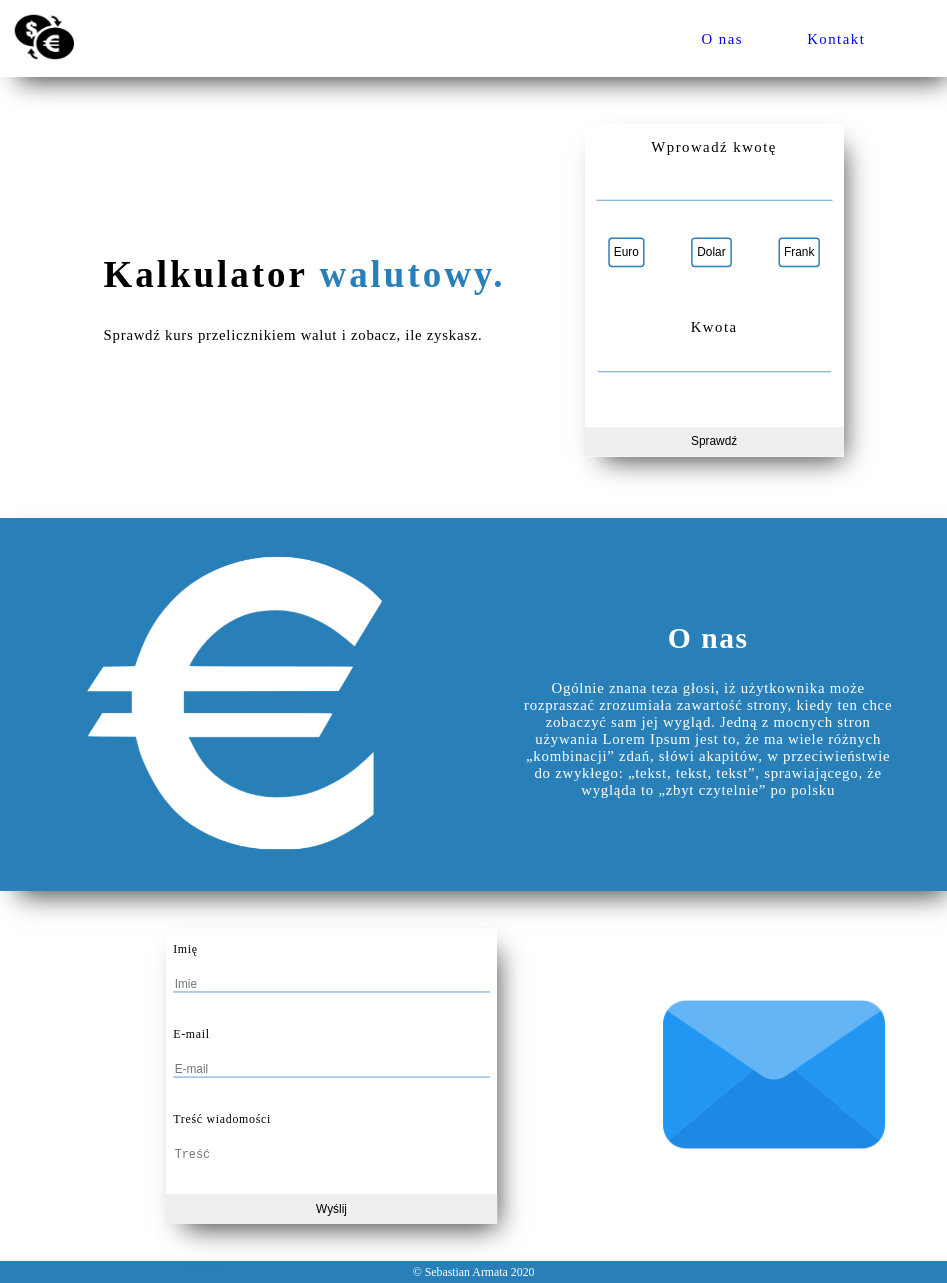
Repository: SebastianArmata22/Kalkulator-walut
Page: index.html
The author's editor kept a copy of each file at every save. The page is drawn from the files as they stood at one save, then again after the next save.
The browser window is 1280 px wide. The pictures show the whole page, at 74% of full size.

Above is the page before, as saved 2020-10-24 19:31:24.

### index.html
<!DOCTYPE html>

<html>
    <head>
        <meta charset="utf-8">
        <meta http-equiv="X-UA-Compatible" content="IE=edge">
        <title>Kalkulator walut</title>
        <meta name="description" content="">
        <meta name="viewport" content="width=device-width, initial-scale=1">
        <link rel="stylesheet" href="style.css">
    </head>
    <body>

    <div class="container">
        <nav>
        <div class="menu-container">
            <div class="logo">
                <a href="#"><img src="./photos/logo.png"></a>
            </div>
            <div class="menu">
                <ul>
                    <li><a href="#about-us">O nas</a></li>
                    <li><a href="#contact">Kontakt</a></li>
                </ul>
            </div>
        </div>
        </nav>
        <section>
        <div class="main-content">
            <div class="calculator-content">
            <div class="text">
                <h1>Kalkulator <span>walutowy.</span></h1>
                <p>Sprawdź kurs przelicznikiem walut i zobacz, ile zyskasz.</p>
            </div>
            <div class="calculator ">
                <label for="inputNumber" class="text-label">Wprowadź kwotę</label><br>
                <input type="text" id="inputNumber">
                    <div class="inp-div">
                        <button id="euro">Euro</button>
                        <button id="euro">Dolar</button>
                        <button id="euro">Frank</button>
                    </div>
                <label for="outputNumber" class="text-label"> Kwota</label><br>
                <div id="outputNumber"></div>
                <button id="check">Sprawdź</button>
            </div>
        </div>
        <div class="about-us" id="about-us">
            <div class="photo-euro">
                <img src="./photos/euro-512.png">
            </div>
            <div class="abous-us-contact">
                <h1>O  nas</h1>
                <p>Ogólnie  znana  teza  głosi,  iż  użytkownika  może  rozpraszać  zrozumiała
                    zawartość  strony, kiedy ten chce zobaczyć sam jej wygląd.
                    Jedną z mocnych stron używania Lorem Ipsum jest to, że ma wiele różnych
                     „kombinacji” zdań, słówi akapitów, w przeciwieństwie do zwykłego: „tekst,
                        tekst,   tekst”,   sprawiającego,   że   wygląda   to   „zbyt   czytelnie”
                           po   polsku</p>
            </div>
        </div>
        </section>
        <div class="contact" id="contact">
            <div class="contact-form-container">
            <form class="contact-form">
                <label for="">Imię</label><br />
                <input class="name" type="text" placeholder="Imie"><br />
                <label for="">E-mail</label><br />
                <input class="email" type="email" placeholder="E-mail"><br />
                <label for="">Treść wiadomości</label><br />
                <textarea class="text-area"  placeholder="Treść"></textarea>
                <button class="">Wyślij</button>

            </form>
        </div>
            <div class="contact-img">
                <img src="./photos/email.png">
            </div>
        </div>
    </div>
    <footer>
        <div class="footer">
            <p>© Sebastian Armata 2020</p>
        </div>
    </footer>
    </div>
        <script src="script.js" ></script>
    </body>
</html>

### style.css
body{
    margin: 0;
    padding: 0;
    box-sizing: border-box;
}
.container{
width: 100%;
}
.menu-container{
    position: relative;
    display: flex;
    align-items: center;
    box-shadow: 12px 18px 35px -13px rgba(0,0,0,0.75);
}
.logo img{
    position: relative;
    top: 0;
    left: 0;
    height: 60px;
    width: 80px;
    padding: 20px;
}
.menu{

    position: absolute;
    right: 0;
   margin-right: 50px;
}
.menu ul li{
    display: inline-flex;
    justify-content: space-around;
}
.menu ul li a{
    display: flex;
    text-decoration: none;
    height: 50px;
    width: 100px;
    justify-content: center;
    align-items: center;
    font-size: 20px;
    letter-spacing: 2px;
    margin-right: 50px;
}

.menu ul li a:hover{
    border-bottom: 5px solid #2980b9;
    margin-bottom: -5px;
    transition: all 0.3s ease-out;

}
.main-content{
    display: flex;
    align-items: center;
    justify-content: center;
    flex-wrap: wrap;
}
.calculator-content{
    min-width: 1000px;
    height: 80vh;
    display: flex;
    align-items: center;
    justify-content:space-between;
}
.calculator{
    display: flex;
    flex-direction: column;
    box-shadow: 12px 18px 35px -13px rgba(0,0,0,0.75);
    height: 450px;
    width: 350px;
    text-align: center;
}
.text h1{
    font-size: 50px;
    letter-spacing: 4px;
}
.text p{
    font-size: 20px;
    letter-spacing: 1px;

}
#outputNumber{
    width: 90%;
    height: 30px;
    border-bottom: 1px solid #2980b9;
    margin: auto;
    margin-top: 0;

}
.calculator button{
    height: 40px;
    border-style: none;
    font-size: 16px;
}
.calculator button:hover{
    background-color: #2980b9;
    color: white;
    transition: all 0.3s ease-out;
}
.inp-div button{
    border: 2px solid #2980b9;
    background-color: white;
    border-radius: 5px;
}
.calculator input[type=text]{
    border-style: none;
    height: 40px;
    border-bottom: 1px solid #2980b9;
    width: 90%;
    margin: auto;
    margin-top: 0px;
    margin-bottom: 50px;
}
.text-label{
    margin-top: 20px;
    font-size: 20px;
    letter-spacing: 2px;
}

.inp-div{
    display: flex;
    flex-direction: row;
    align-items: center;
    justify-content: space-around;

}

.inp-div button{
margin-bottom: 50px;
}
.text span{
    color: #2980b9;
}
.about-us{
    display: flex;
    justify-content: space-around;
    align-items: center;
    margin-top: 20px;
    text-align: center;
    background-color: #2980b9;
    box-shadow: 12px 18px 35px -13px rgba(0,0,0,0.75);
}
.about-us img{
    height: 400px;
}
.abous-us-contact{
    width: 40%;
}
.abous-us-contact h1{
    letter-spacing: 2px;
    font-size: 40px;
    color: white;
}
.abous-us-contact p{
    font-size: 20px;
    letter-spacing: 1px;
    color: white;

}
.photo-euro{
    padding: 50px;
}
.contact{
    display: flex;
    align-items: center;
    justify-content: space-s;
    margin: 50px 0 50px 0;
}
.contact-form{
    display: flex;
    flex-direction: column;
    box-shadow: 12px 18px 35px -13px rgba(0,0,0,0.75);
    width: 50%;
    height: 400px;
    position: relative;
    text-align: left;
    letter-spacing: 1px;

}
.contact-form input {
    margin: 10px;
    border-style: none;
    border-bottom: 1px solid #2980b9;
    font-size: 16px;

}
.contact-form textarea
{
    margin: 10px;
    height: 100px;
    border-style: none;
    border-bottom: 1px solid #2980b9;
    font-size: 16px;
}
.contact-form label {
    margin: 20px 0 0 10px;
}
.contact-form button{
position: absolute;
bottom: 0;
width: 100%;
height: 40px;
border-style: none;
font-size: 16px;
}
.contact-form button:hover{
    background-color: #2980b9;
    color: white;
    transition: all 0.3s ease-out;
}

.contact-form-container{
    width: 70%;
    display: flex;
    align-items: center;
    justify-content: center;
}
.contact-img img{
max-width: 300px;

}
.footer{
    display: flex;
    align-items: center;
    justify-content: center;
    background-color: #2980b9;
    color: white;
    height: 30px;
}

Loaded but not shown: script.js (no copy from this time; the picture is the same without it)

After the next save:
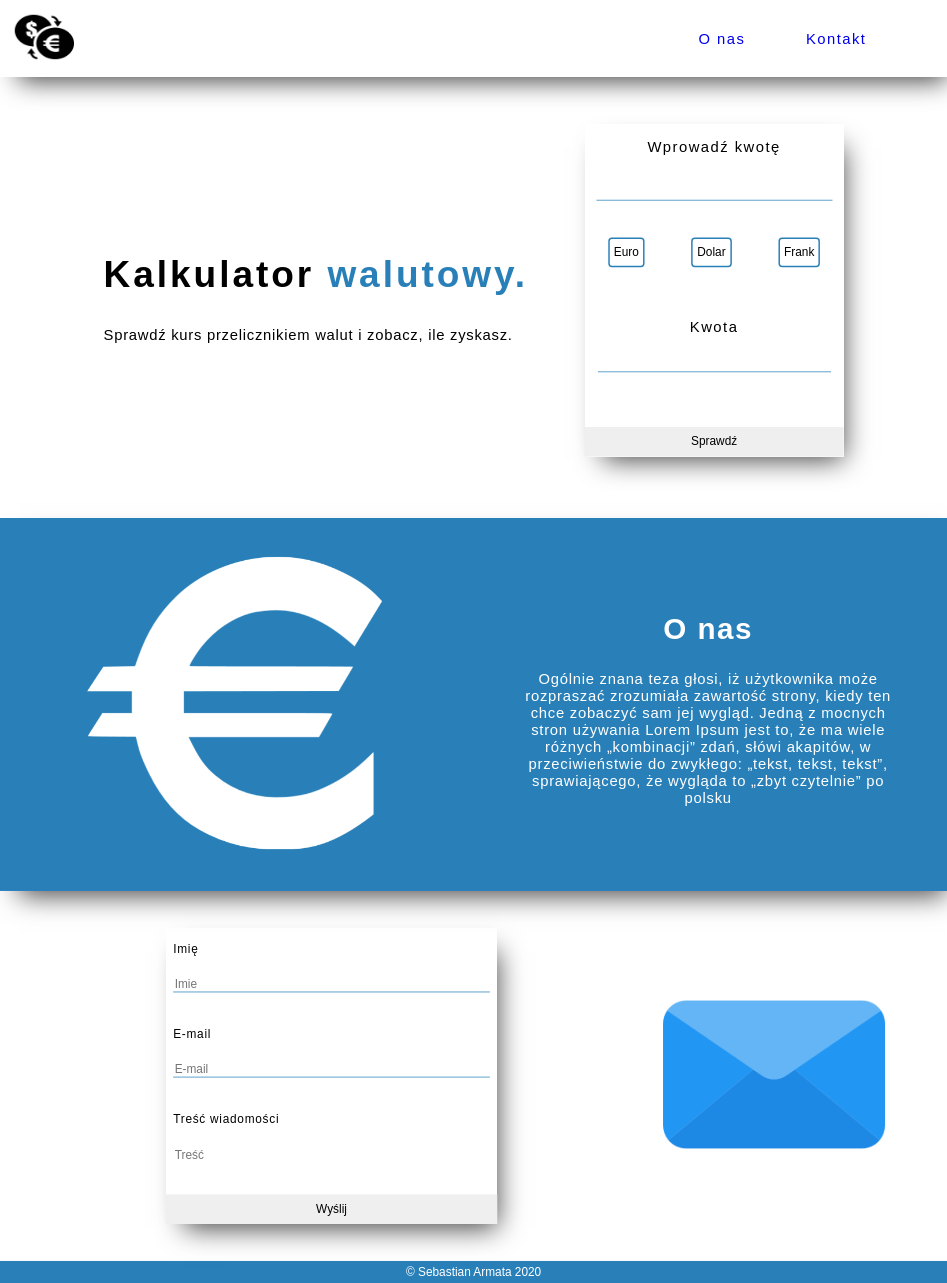
Saved 116 min 2 s later.
--- a/style.css
+++ b/style.css
@@ -1,3 +1,7 @@
+* {
+    font-family: 'Robot', sans-serif;
+}
+
 body{
     margin: 0;
     padding: 0;
